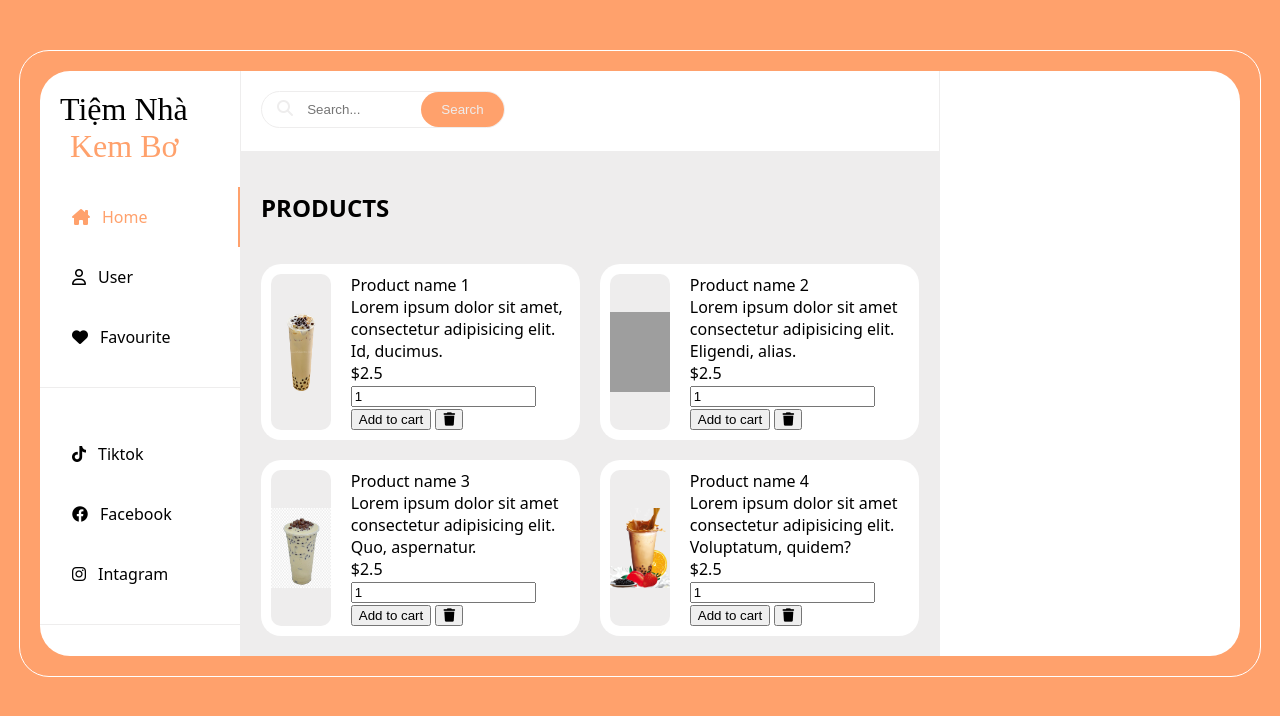
Repository: hnguyeng/tiemnhabo
Page: index.html
An editor plug-in stored every save of this project. The page is shown before and after the next save, followed by the edit.
The browser window is 1280 px wide. The pictures show the whole page.
Pictures or frames that could not be fetched are drawn as grey boxes.

Above is the page before, as saved 2022-12-13 16:01:55.

After the next save:
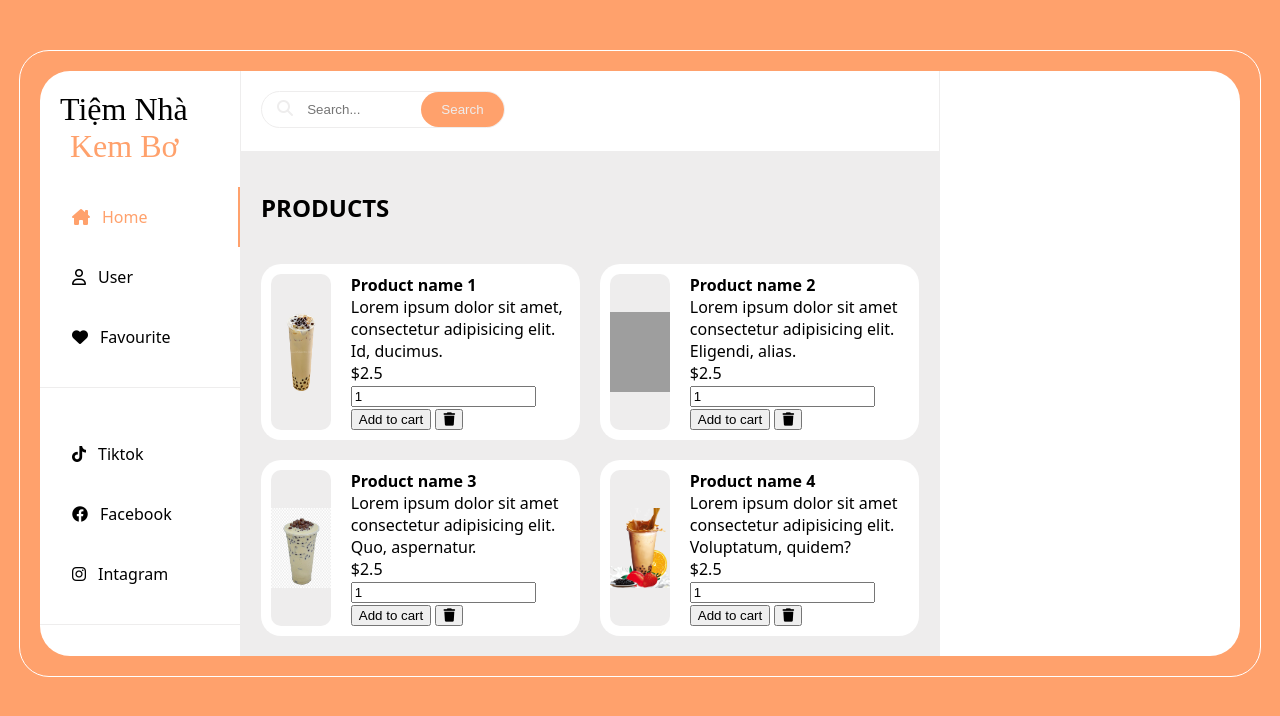
Saved 92 s later.
--- a/style.css
+++ b/style.css
@@ -123,6 +123,8 @@
    column-gap: 20px;
    border-radius: 20px;
 }
-
+.item .content .title{
+   font-weight: bold;
+}
 
  /* end center */
